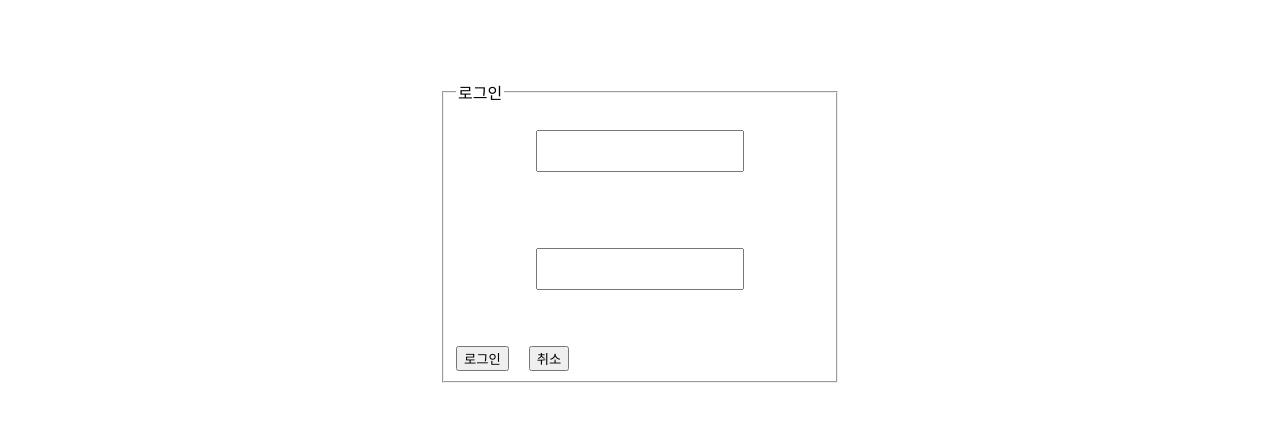
Repository: okgunyang/jsp
Page: http://localhost/practice01/login.jsp
The author's editor kept a copy of each file at every save. The page is drawn from the files as they stood at one save, then again after the next save.
The browser window is 1280 px wide. The pictures show the whole page.
The page is served by Tomcat 9.

Above is the page before, as saved 2022-10-14 04:54:40.

After the next save:
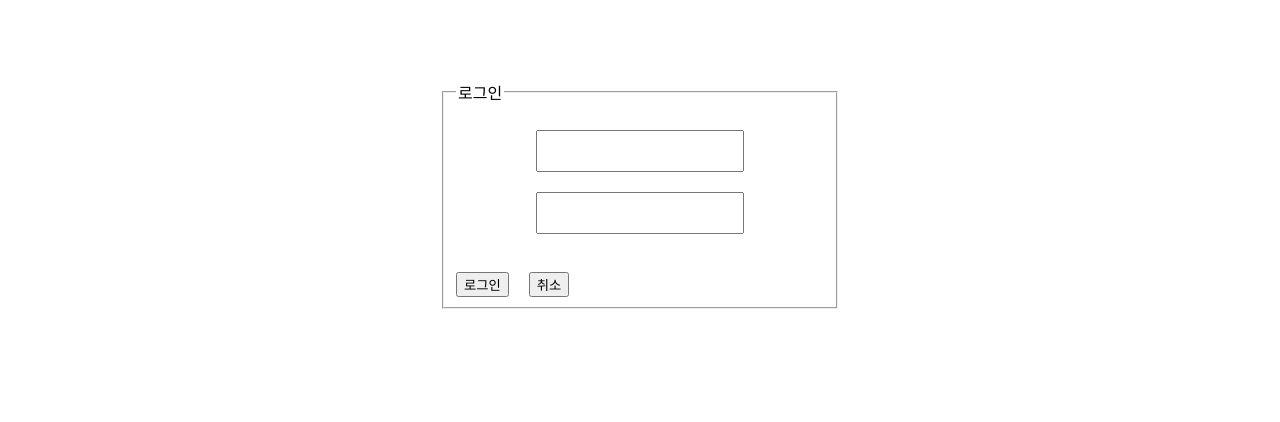
Saved 32 s later.
--- a/practice01/WebContent/login.jsp
+++ b/practice01/WebContent/login.jsp
@@ -16,8 +16,8 @@ clear:both; margin:20px auto; }
 	<form action="loginPro.jsp" method="post" id="loginForm">
 		<fieldset>
 			<legend>로그인</legend>
-			<input type="text" name="id" id="id" class="input_data"><br><br>
-			<input type="password" name="pw" id="pw" class="input_data"><br><br>
+			<input type="text" name="id" id="id" class="input_data">
+			<input type="password" name="pw" id="pw" class="input_data"><br>
 			<input type="submit" value="로그인" class="input_btn"> &nbsp; &nbsp;
 			<input type="reset" value="취소" class="input_btn">
 		</fieldset>
